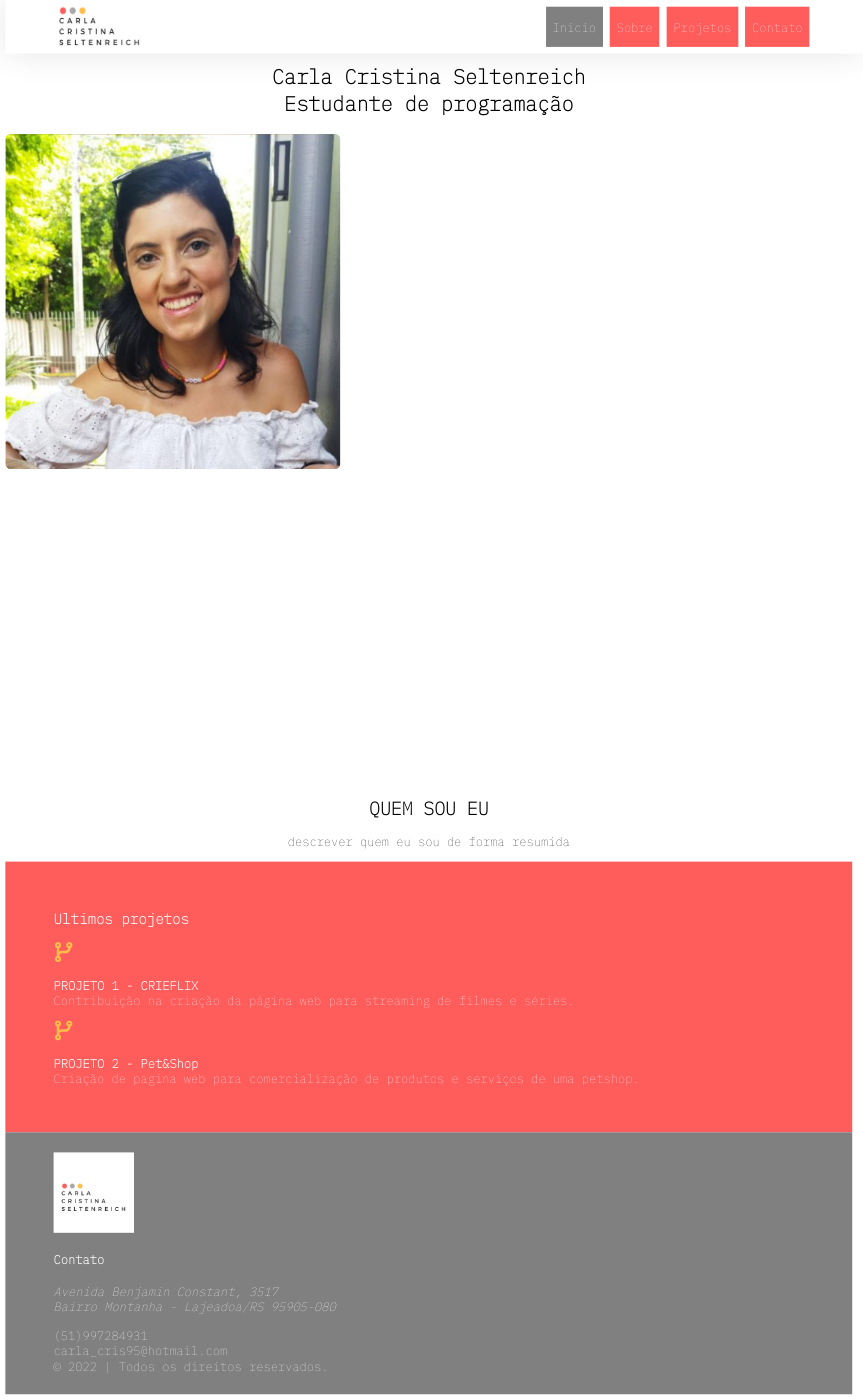
Repository: carla-seltenreich/portfolio
Page: index.html
An editor plug-in stored every save of this project. The page is shown before and after the next save, followed by the edit.
The browser window is 1280 px wide. The page is 1288 px wide, so the pictures cover 1288 px, including what lies to the right of the window. The pictures show the whole page, at 67% of full size.

Above is the page before, as saved 2022-05-24 22:47:09.

### index.html
<!DOCTYPE html>
<html lang="en">

<head>
    <meta charset="UTF-8">
    <meta http-equiv="X-UA-Compatible" content="IE=edge">
    <meta name="viewport" content="width=device-width, initial-scale=1.0">
    <title>Carla Cristina Seltenreich</title>
    <link rel="preconnect" href="https://fonts.googleapis.com">
    <link rel="preconnect" href="https://fonts.gstatic.com" crossorigin>
    <link rel="stylesheet" href="style.css">

    <link href="preconnect" href="https://fonts.googleapis.com">
    <link rel="preconnect" href="https://fonts.gstatic.com" crossorigin>
    <link href="https://fonts.googleapis.com/css2?family=IBM+Plex+Mono:wght@100&family=Questrial&display=swap"
        rel="stylesheet">
</head>

<body>
    <header class="header">
        <div class="container header-container">
            <img src="Carla cristina sELTENREICH.jpg" alt="logo" class="brand">
            <ul class="nav">
                <li>
                    <a href="index.html" class="active">Inicio</a>
                </li>
                <li>
                    <a href="about.html">Sobre</a>
                </li>
                <li>
                    <a href="project.html">Projetos</a>
                </li>
                <li>
                    <a href="contact.html">Contato</a>
                </li>
            </ul>
        </div>
    </header>
    <div class="name">
        <h1 class="name-title">
            Carla Cristina Seltenreich<br>
            Estudante de programação
        </h1>
    </div>
    </header>
    <section class="banner">
        <img class="photo-banner" src="carla.png">
    </section>
    <section class="about-home">
        <div class="text-about-home">
            <br>
            <br>
            <br>
            <br>
            <br>
            <br>
            <br>
            <br>
            <br>
            <br>
            <br>
            <br>
            <br>
            <br>
            <br>
            <br>
            <br>
            <br>
            <br>
            <br>
            <h1>QUEM SOU EU</h1>
            <P>descrever quem eu sou de forma resumida</P>
        </div>
    </section>
    <section class="lastest-projects-home">
        <div class="container">
            <h3>Ultimos projetos</h3>
            <img src="code-branch-solid.svg" alt="logo-project" class="logo-project">
            <p><strong>PROJETO 1 - CRIEFLIX</strong><br>
                Contribuição na criação da página web para streaming de filmes e séries.</p>
            <img src="code-branch-solid.svg" alt="logo-project" class="logo-project">
            <p><strong>PROJETO 2 - Pet&Shop</strong><br>
                Criação de pagina web para comercialização de produtos e serviços de uma petshop.<br>
            </p>
        </div>

    </section>
    <footer class="footer">
        <div class="container">
            <img src="Carla cristina sELTENREICH.png" alt="logo" class="brand">
            <div class="footer-container">
                <div class="footer-contact">
                    <h4>Contato</h4>

                    <address>Avenida Benjamin Constant, 3517 <br />Bairro Montanha - Lajeadoa/RS 95905-080
                    </address>
                    <a href="#">(51)997284931</a>
                    <a href="#">carla_cris95@hotmail.com</a>
                </div>

                <div class="footer-social-medias">

                </div>
                <div class="copyright">© 2022 | Todos os direitos reservados.</div>
            </div>
    </footer>
</body>

</html>

### style.css
body {
    font-family: 'IBM Plex Mono';
    font-size: 18px;
    padding-top: 60px;
}

.container {
    max-width: 1120px;
    margin: 0 auto;
}
.header {
    background: #fff;
    position: absolute;
    width: 100%;
    top: 0;
    z-index: 1;
    padding: 10px 0;
    box-shadow: 0 0 50px rgba(0, 0, 0, 0.1);
    box-sizing: border-box;
    align-items: center;
}

.header-container {
    display: flex;
    justify-content: space-between;
}

.brand {
    max-width: 120px;
}

.nav {
    margin: 0;
    padding: 0;
    list-style: none;
}
.nav li {
    background-color: #ff5c5c;
    display: inline-block;
}
.nav a {
    color: #fff;
    display: block;
    height: 20px;
    padding: 20px 10px;
    text-decoration: none;
}
.nav a:hover {
    color: gray;

}
.nav a.active {
    color: #fff;
    background: gray;
}
.name {
    padding: 7px;
}
.name-title {
    text-align: center;
    font-size: 30px;
}


.photo-banner {
    background-color: #ff5c5c;
    width: 500px;
    border-radius: 8px;
}
.lastest-projects-home {
    background-color: #ff5c5c;
    color: #fff;
    padding: 50px;
    position: center;
}
.logo-project {
    width: 30px;
    height: 30px;
}

.text-about-home {
    text-align: center;
}

.footer {
    color: #fff;
    background: grey;
    padding: 30px 0;
}

.footer-container {
    display: block;
    justify-content: center;
}
.footer-contact a {
    display: block;
    color: #fff;
    text-decoration: none;
}

.footer-social-medias {

}

.footer-contact address {
    margin-bottom: 20px;
}

### code-branch-solid.svg
<svg xmlns="http://www.w3.org/2000/svg" viewBox="0 0 448 512"><!--! Font Awesome Pro 6.1.1 by @fontawesome - https://fontawesome.com License - https://fontawesome.com/license (Commercial License) Copyright 2022 Fonticons, Inc. --><path fill= "#ffbd4a" d="M160 80C160 112.8 140.3 140.1 112 153.3V241.1C130.8 230.2 152.7 224 176 224H272C307.3 224 336 195.3 336 160V153.3C307.7 140.1 288 112.8 288 80C288 35.82 323.8 0 368 0C412.2 0 448 35.82 448 80C448 112.8 428.3 140.1 400 153.3V160C400 230.7 342.7 288 272 288H176C140.7 288 112 316.7 112 352V358.7C140.3 371 160 399.2 160 432C160 476.2 124.2 512 80 512C35.82 512 0 476.2 0 432C0 399.2 19.75 371 48 358.7V153.3C19.75 140.1 0 112.8 0 80C0 35.82 35.82 0 80 0C124.2 0 160 35.82 160 80V80zM80 104C93.25 104 104 93.25 104 80C104 66.75 93.25 56 80 56C66.75 56 56 66.75 56 80C56 93.25 66.75 104 80 104zM368 56C354.7 56 344 66.75 344 80C344 93.25 354.7 104 368 104C381.3 104 392 93.25 392 80C392 66.75 381.3 56 368 56zM80 456C93.25 456 104 445.3 104 432C104 418.7 93.25 408 80 408C66.75 408 56 418.7 56 432C56 445.3 66.75 456 80 456z"/></svg>

After the next save:
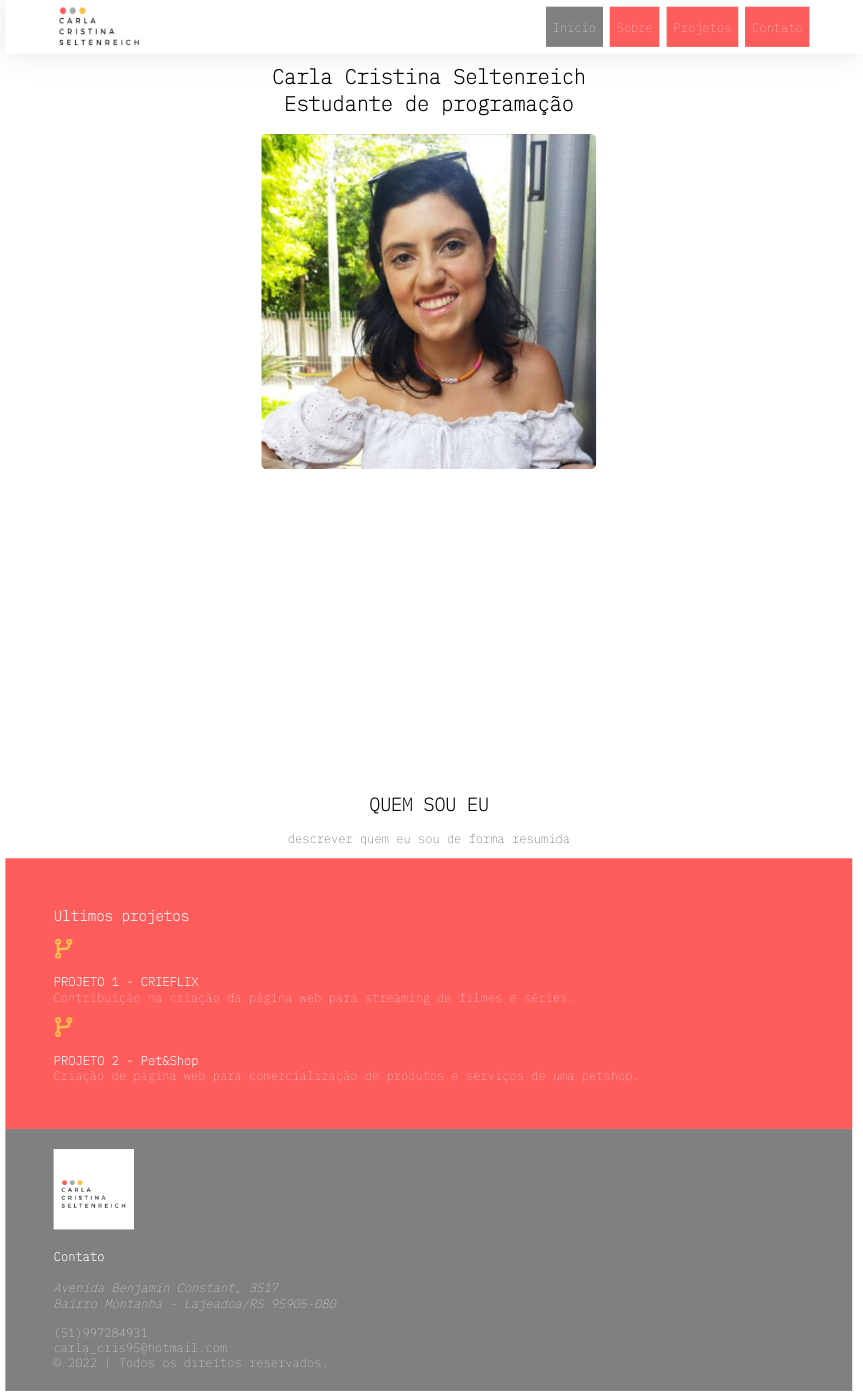
Saved 48 s later.
--- a/style.css
+++ b/style.css
@@ -65,6 +65,8 @@ body {
 .photo-banner {
     background-color: #ff5c5c;
     width: 500px;
+    display: block;
+    margin: 0 auto;
     border-radius: 8px;
 }
 .lastest-projects-home {
